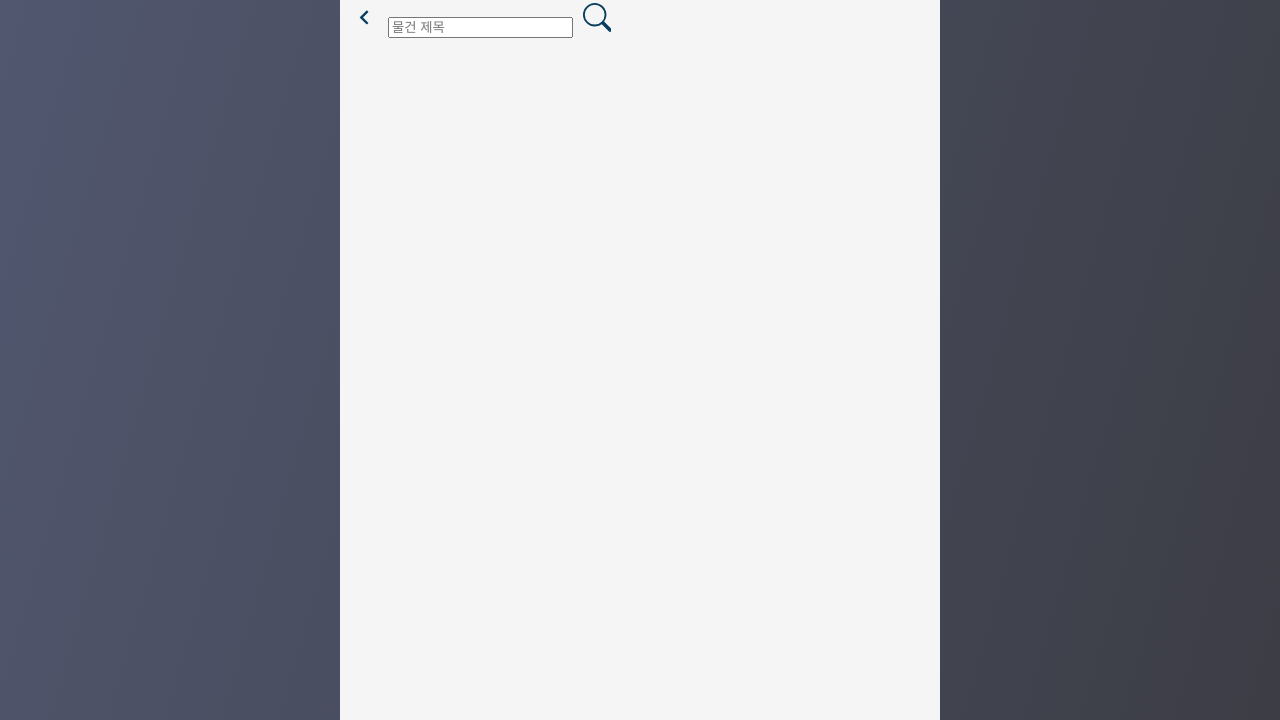
Repository: SeungYn/hanium
Page: /trade/search
An editor plug-in stored every save of this project. The page is shown before and after the next save, followed by the edit.
The browser window is 1280 px wide. The pictures show the whole page.
The project was rebuilt for these pictures with package versions that can differ from the ones it lists, and the page was loaded fresh each time. Also part of the build but not shown: src/App.css, src/components/Chat/ChatHeader/ChatHeader.module.css, src/components/Chat/ChatHeader/ChatHeader.jsx, src/components/Chat/ChatPeoples/ChatPeoples.jsx, src/components/Chat/ChatSideBar/ChatSideBar.module.css, src/components/Chat/ChatSideBar/ChatSideBar.jsx, src/components/ReadPopup/ReadPopup.module.css, src/components/ReadPopup/ReadPopup.jsx and 38 more.

Above is the page before, as saved 2022-11-21 18:05:44.

### src/index.js
import React from 'react';
import ReactDOM from 'react-dom/client';
import './index.css';
import App from './App';

import { AuthErrorEventBus, AuthProvider } from './context/AuthContext';
import TokenStorage from './db/token';
import HttpClient from './network/http';
import AuthService from './service/auth';
import GroupService from './service/group';
import StompDI from './network/StompDI';
import ChatService from './service/chat';
import TradeService from './service/trade';

const baseURL = 'https://8dd4e4c67ed913.lhr.life';
const tokenStorage = new TokenStorage();
const authErrorEventBus = new AuthErrorEventBus();
const httpClient = new HttpClient(baseURL, authErrorEventBus, tokenStorage);
const stompClient = new StompDI(baseURL, () => tokenStorage.getToken());
const authService = new AuthService(httpClient, tokenStorage);
const groupService = new GroupService(httpClient, tokenStorage);
const chatService = new ChatService(httpClient, tokenStorage, stompClient);
const tradeService = new TradeService(httpClient, tokenStorage);

const root = ReactDOM.createRoot(document.getElementById('root'));
root.render(
  <AuthProvider
    authService={authService}
    authErrorEventBus={authErrorEventBus}
    tokenStorage={tokenStorage}
  >
    <App
      authService={authService}
      groupService={groupService}
      chatService={chatService}
      tradeService={tradeService}
    />
  </AuthProvider>
);

### src/index.css
:root {
  --color-darkBlue: #073d5d;
  --color-transparent-darkBlue: #073e5d6e;
  --color-darkBlue-lignt: #0a476b;
  --color-main: #42a5f5;
  --color-bg-dark: #f5f5f5;
  --color-bg: #fdfffd;
  --color-main: #073d5d;
  --color-font: #073d5d;
  --color-font-reverse: white;
  --color-accent: #073d5d;
  --color-font-accent: white;
  --color-error-bg: rgba(173, 173, 173, 0.401);
  --color-popup-bg: white;
  --color-white: white;
  --color-shadow: rgba(67, 67, 67, 0.401);
  --color-border: #0a476b;
  /* 사이즈 */
  --font-size-very-large: 1.8rem;
  --font-size-small-large: 1.6rem;
  --font-size-medium: 1.4rem;
  --font-size-small-medium: 1.2rem;
  --font-size-small: 1rem;
  --font-header-icon: 1.8rem;
  --font-icon-arrow: 5rem;
  --font-mobile-medium: 1rem;
  --img-slider-height: 30rem;

  /* 패딩 마진 사이즈 */
  --padding-side: 0.8rem;
  --padding-top-bottom: 0.6rem;
  --padding-bottom: 0.6rem;
  --margin-bottom: 0.6rem;
}

* {
  box-sizing: border-box;
}

html,
body {
  height: 100%;
  width: 100%;
  margin: 0;
  background: rgb(81, 87, 111);
  background: linear-gradient(
    106deg,
    rgba(81, 87, 111, 1) 0%,
    rgba(60, 61, 69, 1) 100%
  );
  accent-color: var(--color-accent);
}
a {
  text-decoration: none;
  color: var(--color-font);
}
ul {
  padding: 0;
  margin: 0;
  list-style: none;
}
#root {
  height: 100vh;
  width: 100%;
  max-width: 600px;
  background-color: var(--color-bg-dark);
  margin: auto;
  display: flex;
  flex-direction: column;

  position: relative;
  overflow: hidden;
}

button {
  cursor: pointer;
}
body {
  margin: 0;
  font-family: -apple-system, BlinkMacSystemFont, 'Segoe UI', 'Roboto', 'Oxygen',
    'Ubuntu', 'Cantarell', 'Fira Sans', 'Droid Sans', 'Helvetica Neue',
    sans-serif;
  -webkit-font-smoothing: antialiased;
  -moz-osx-font-smoothing: grayscale;
}

code {
  font-family: source-code-pro, Menlo, Monaco, Consolas, 'Courier New',
    monospace;
}

p {
  margin: 0;
}

h1,
h2,
h3,
h4 {
  margin: 0;
}

### src/context/AuthContext.jsx
import {
  createContext,
  createRef,
  useCallback,
  useContext,
  useEffect,
  useImperativeHandle,
  useMemo,
  useState,
} from 'react';
import ReadPopup from '../components/ReadPopup/ReadPopup';

import Login from '../pages/login/Login';

const AuthContext = createContext({});

const contextRef = createRef();

export function AuthProvider({
  authService,
  authErrorEventBus,
  children,
  tokenStorage,
}) {
  const [user, setUser] = useState(1);
  const [error, setError] = useState(null);

  const context = useMemo(
    () => ({ error, setError, user }),
    [user, error, setError]
  );

  const onLogin = async ({ loginId, password }) => {
    await authService
      .headerTokenLogin(loginId, password)
      .then((data) => {
        console.log(data);
        tokenStorage.saveUser({
          memberId: data.memberId,
          nickname: data.nickname,
        });
        setUser({ memberId: data.memberId, nickname: data.nickname });
        console.log(tokenStorage.getUser());
        return;
      })
      .catch((error) => {
        setError(error);
      });
  };

  const logout = useCallback(
    async () =>
      await authService.logout().then(() => {
        setUser(undefined);
      }),
    [authService]
  );

  useEffect(() => {
    authErrorEventBus.listen((err) => {
      setUser(undefined);
      authService.logout();
    });
  }, [authErrorEventBus]);

  useEffect(() => {
    if (tokenStorage.getUser()) {
      setUser({ ...tokenStorage.getUser() });

      //nav('/');
    }

    //setUser({ token: localStorage.getItem('TOKEN') });
  }, []);

  return (
    <AuthContext.Provider value={context}>
      {user ? (
        children
      ) : (
        <>
          {error && (
            <ReadPopup content={error} onHandler={setError} type={'error'} />
          )}
          <Login
            authService={authService}
            onLogin={onLogin}
            setError={setError}
          />
        </>
      )}
    </AuthContext.Provider>
  );
}

export class AuthErrorEventBus {
  listen(callback) {
    this.callback = callback;
  }
  notify(error) {
    this.callback(error);
  }
}

export default AuthContext;
export const fetchToken = () => contextRef.current;
export const useAuth = () => useContext(AuthContext);

### src/db/token.js
const TOKEN = 'token';
const USER = 'user';
const USERNICKNAME = 'userNickName';
export default class TokenStorage {
  saveToken(token) {
    localStorage.setItem(TOKEN, token);
  }

  getToken() {
    //return localStorage.getItem(TOKEN);
    return 'eyJhbGciOiJIUzUxMiJ9.eyJzdWIiOiJ4b2FsczQzNDAiLCJhdXRoIjoiUk9MRV9VU0VSIiwiZXhwIjoxNjY5NTQwMzY2fQ.DusRc9KZfiSdpc9ePFUGN4E1mkpYfSkJvp4fIjcXn8svtFHWuhQCkxlDZGCCLfnI6bgg377Toc7sTpHtEpSQnA';
  }

  saveUser(user) {
    console.log(user);
    localStorage.setItem(USER, JSON.stringify(user));
    console.log(localStorage.getItem(USER));
  }

  getUser() {
    return JSON.parse(localStorage.getItem(USER));
  }

  clearToken() {
    console.log('토큰삭제');
    localStorage.clear(TOKEN);
  }
  clearUser() {
    console.log('유저삭제');
    localStorage.clear(USER);
  }
}

### src/network/http.js
export default class HttpClient {
  constructor(baseURL, authErrorEventBus, tokenStorage) {
    this.baseURL = baseURL;
    this.authErrorEventBus = authErrorEventBus;
    this.tokenStorage = tokenStorage;
  }

  async fetch(url, options, contextType = undefined) {
    console.log(`${this.baseURL}${url}`);
    console.log(contextType || 'application/json');

    const headers = { ...options.headers };

    if (contextType) {
      contextType = null;
    } else {
      contextType = 'application/json';
      headers['Content-Type'] = contextType;
    }

    let res = await fetch(`${this.baseURL}${url}`, {
      ...options,
      // headers: {
      //   'Content-Type': contextType || 'application/json',
      //   ...options.headers,
      // },
      headers,
    });

    if (res.headers.get('Authorization')) {
      this.tokenStorage.saveToken(
        res.headers.get('Authorization').split(' ')[1]
      );
    }
    console.log(res.error);
    let data;

    try {
      data = await res.json();
    } catch (error) {
      console.error('데이터 없어서 에러');
    }
    console.log(res);
    if (res.status > 299 || res.status < 200) {
      console.log(data);
      const message =
        data && data.message ? data.message : 'Something went wrong! 🤪';

      let error = new Error(message);

      if (res.status === 401) {
        console.log('401에러');
        error = new Error('로그인 정보가 잘 못 됐습니다.');
        this.authErrorEventBus.notify(error);
      }
      if (res.status === 400) {
        console.log(res);
        console.log(data);
        error.name = data.code ? data.code : '에러코드 등록 필요';
        console.log(error.message);
      }
      throw error;
    }

    return data;
  }
}

### src/service/group.js
export default class GroupService {
  constructor(http, tokenStorage) {
    this.http = http;
    this.tokenStorage = tokenStorage;
  }

  //강퇴하기
  async kickMember(club_id, memberId) {
    const data = await this.http.fetch(`/user/club/${club_id}/kick-out`, {
      method: 'POST',
      headers: this.getHeaders(),
      body: JSON.stringify({ memberId }),
    });

    return data;
  }

  /**
   *
   * @param {string} clubName 그룹이름
   * @param {number} maximumCount 최대 인원수
   * @param {string} clubType 그룹 타입
   * @returns data 그룹
   */
  async makeGroup(clubName, maximumCount, clubType) {
    const data = await this.http.fetch(`/user/club`, {
      method: 'POST',
      headers: this.getHeaders(),
      body: JSON.stringify({ clubName, maximumCount, clubType }),
    });

    return data;
  }

  //현재 그룹 정보 가져오기
  async getGroupInfo(club_id) {
    const data = await this.http.fetch(`/user/club/${club_id}/info`, {
      method: 'GET',
      headers: this.getHeaders(),
    });

    return data;
  }

  /**
   *
   * @param {number} groupId
   * @returns {Object}
   */
  async joinGroup(groupId) {
    const data = await this.http.fetch(`/user/club/${groupId}`, {
      method: 'POST',
      headers: this.getHeaders(),
    });

    return data;
  }

  async leaveGroup(groupId) {
    console.log(groupId);
    const data = await this.http.fetch(`/user/club/leave/${groupId}`, {
      method: 'POST',
      headers: this.getHeaders(),
    });
    return data;
  }

  async deleteGroup(groupId) {
    const data = await this.http.fetch(`/user/club/${groupId}`, {
      method: 'DELETE',
      headers: this.getHeaders(),
    });
  }

  async getGroupByType(groupType) {
    const data = await this.http.fetch(`/user/clubs/${groupType}`, {
      method: 'GET',
      headers: this.getHeaders(),
    });
    console.log(data);
    return data;
  }

  async getGroupBySearch(keyword, offset) {
    const data = await this.http.fetch(
      `/user/club/search?keyword=${keyword}&offset=${offset}`,
      {
        method: 'GET',
        headers: this.getHeaders(),
      }
    );
    return data;
  }
  getHeaders() {
    const token = this.tokenStorage.getToken();
    return {
      Authorization: `Bearer ${token}`,
    };
  }
}

### src/network/StompDI.js
import { Stomp } from '@stomp/stompjs';
import SockJS from 'sockjs-client';

export default class StompDI {
  constructor(baseURL, getAccessToken) {
    this.baseURL = baseURL + '/ws-stomp';
    this.getAccessToken = getAccessToken;
    console.log(this.baseURL, '클래스 url');
    this.sockjs = null;
    this.client = null;
  }

  connectState() {
    console.log(
      'connect State',
      this.client ? this.client.connected : this.client
    );
    return this.client ? this.client.connected : false;
  }

  onConnect(callback) {
    this.sockjs = new SockJS(this.baseURL);
    this.client = Stomp.over(this.sockjs);

    console.log('연결하기');
    try {
      this.client.connect(
        {
          Authorization: 'Bearer ' + this.getAccessToken(),
        },
        (s) => {
          console.log('서버와 연결되었습니다.');

          callback();
        },
        (e) => {
          console.log('서버와 연결이 안됩니다.');
        }
      );
    } catch (e) {
      console.log(e);
    }
  }

  onSend(path, data) {
    console.log(this.client);
    this.client.send(
      path,
      { Authorization: 'Bearer ' + this.getAccessToken() },
      JSON.stringify(data)
    );
  }

  onDisConnect(stateCallback) {
    console.log('연결종료');
    this.client.disconnect(() => {
      console.log('연결종료');
      stateCallback();
    });
  }

  onSubscribe(id, path, callback) {
    let sub = null;
    console.log(id, path, callback);
    // if (!this.client.connected) {
    //   console.log('체크123123123213체크');
    //   this.onConnect();
    // }
    console.log(callback);
    console.log('subscribe', this.client);
    try {
      sub = this.client.subscribe(`${path}${id}`, callback);
    } catch (e) {
      console.log(e);
    }
    return () => {
      sub.unsubscribe();
    };
  }
}

### src/service/chat.js
export default class ChatService {
  constructor(http, tokenStorage, stomp) {
    this.http = http;
    this.tokenStorage = tokenStorage;
    this.stomp = stomp;
  }

  async getMyInfo() {
    const data = await this.http.fetch(`/auth/info`, {
      method: 'GET',
      headers: this.getHeaders(),
    });
    return data;
  }
  //http://localhost:8080/user/restaurant/6/party/43/chat
  async getChats(groupId, offset) {
    const data = await this.http.fetch(
      `/user/club/${groupId}/chat?offset=${offset}`,
      {
        method: 'GET',
        headers: this.getHeaders(),
      }
    );
    return data;
  }



  async creatChat(partyId, chat) {
    const data = await this.http.fetch(`/chat/${partyId}`, {
      method: 'POST',
      headers: this.getHeaders(),
      body: JSON.stringify({
        chat,
      }),
    });
    return data;
  }
  onConnect(callback) {
    console.log(callback);
    this.stomp.onConnect(callback);
  }

  onDisConnect(stateCallback) {
    console.log('종료밖');
    return this.stomp.onDisConnect(stateCallback);
  }

  //서버 연결상태
  connectState() {
    return this.stomp.connectState();
  }

  /**
   *
   * @param {챗팅방아이디} id
   * @param {구독경로} path
   * @param {구독시 서버에서 데이터가 오면 처리하는 함수} callback
   * @returns 구독취소함수
   */
  onSubscribe(id, path, callback) {
    return this.stomp.onSubscribe(id, path, callback);
  }

  onSend(path, data) {
    this.stomp.onSend(path, data);
  }
  // onConnectChat(partyId) {
  //   return this.socket.onConnectChat(partyId);
  // }
  // onChatSync(event, callback) {
  //   return this.socket.onSyncChat(event, callback);
  // }
  // onSync(event, callback) {
  //   return this.socket.onSync(event, callback);
  // }



  getHeaders() {
    const token = this.tokenStorage.getToken();
    return { Authorization: `Bearer ${token}` };
  }
}

### src/service/trade.js
export default class TradeService {
  constructor(http, tokenStorage) {
    this.http = http;
    this.tokenStorage = tokenStorage;
  }

  //타입 별로 물건리스트 가져오기 나눔, 거래, 대여
  async getItemListByType(type) {
    const data = await this.http.fetch(`/user/post?dealType=${type}`, {
      method: 'GET',
      headers: this.getHeaders(),
    });
    console.log(data);
    return data;
  }

  //물건 등록하기
  async postItem(formData) {
    const { images, ...postReq } = formData;
    console.log(!!images);
    const form = new FormData();
    form.append(
      'postReq',
      new Blob([JSON.stringify(postReq)], { type: 'application/json' })
    );

    for (let img of images) {
      console.log(images);
      console.log(img);
      form.append('images', img);
    }
    // if (images.length === 0) {
    //   form.append('images', []);
    // }

    console.log(form.get('postReq'));
    console.log(form.get('images'));
    const data = await this.http.fetch(
      `/user/post`,
      {
        method: 'POST',
        headers: this.getHeaders(),
        // body: new URLSearchParams({
        //   postReq,
        //   images,
        // }),
        body: form,
      },
      'multipart/form-data'
    );
    console.log(data);
  }

  //물건 상세정보가져오기
  async getPostedItemById(id) {
    const data = await this.http.fetch(`/user/post/${id}`, {
      method: 'GET',
      headers: this.getHeaders(),
    });
    console.log(data);
    return data;
  }

  getHeaders() {
    const token = this.tokenStorage.getToken();
    return {
      Authorization: `Bearer ${token}`,
    };
  }
}

### src/pages/firstPage/FirstPage.jsx
import React, { useEffect, useState } from 'react';
import { GroupCategory } from '../../components/GroupCategory/GroupCategory';
import { GroupMaker } from '../../components/GroupMaker/GroupMaker';
import { FaUserFriends, FaPen } from 'react-icons/fa';
import { FiPlayCircle } from 'react-icons/fi';
import Groups from '../../components/Groups/Groups';
import styles from './FirstPage.module.css';
import { useAuth } from '../../context/AuthContext';
import { useNavigate } from 'react-router-dom';
import TextBtn from '../../components/common/TextBtn/TextBtn';

const types = [
  { type: 'study', koName: '공부', icon: <FaPen /> },
  { type: 'hobby', koName: '취미', icon: <FiPlayCircle /> },
  { type: 'friend', koName: '친구', icon: <FaUserFriends /> },
];
export default function FirstPage({ groupService, groupDisplay }) {
  const [filterType, setFilterType] = useState(types[0]);
  const [makeActive, setMakeActive] = useState(false);
  const { error, setError } = useAuth();
  const [groups, setGroups] = useState([]);
  const navigate = useNavigate();

  const HandlerGroupMake = (clubName, maximumCount, clubType) => {
    console.log(clubName, maximumCount, clubType);
    groupService
      .makeGroup(clubName, maximumCount, clubType)
      .then((data) => {
        console.log(data);
      })
      .catch((e) => setError(e));
    setMakeActive(false);
  };

  const HandlerGroupJoin = (groupId) => {
    groupService
      .joinGroup(groupId)
      .then((data) => {
        console.log(data);
        navigate('/chat', { state: { data } });
      })
      .catch((e) => setError(e));
  };

  useEffect(() => {
    //내 그룹만 보여주기하면 조건 넣어서 내그룹만 보여주기
    groupService
      .getGroupByType(filterType.type)
      .then((data) => {
        console.log(data);
        setGroups([...data]);
      })
      .catch((error) => {
        console.log(error);
        setError(error);
      });
  }, [groupService, filterType, groupDisplay]);

  return (
    <>
      <GroupCategory
        type={filterType}
        types={types}
        onTypeChange={(filter) => setFilterType(filter)}
      />
      <Groups groups={groups} HandlerGroupJoin={HandlerGroupJoin} />
      <button
        className={styles.makerBtn}
        onClick={() => setMakeActive((t) => !t)}
      >
        그룹 만들기
      </button>
      <GroupMaker
        makeActive={makeActive}
        onMakeActiveHandler={() => setMakeActive((t) => !t)}
        onMakeGroupHandler={HandlerGroupMake}
        types={types}
      />
    </>
  );
}

### src/pages/Root.jsx
import React from 'react';
import { Outlet, useLocation } from 'react-router-dom';
import Header from '../components/Header/Header';
import Navbar from '../components/Navbar/Navbar';
import ReadPopup from '../components/ReadPopup/ReadPopup';
import TradeCategory from '../components/Trade/TradeCategory/TradeCategory';
import { useAuth } from '../context/AuthContext';

export default function Root({ routes }) {
  const location = useLocation();
  console.log(location.pathname);
  let { name } = routes.find((r) => r.path === location.pathname) ?? {
    name: 'detail',
  };

  // name = location.pathname.includes('detail') ? 'detail' : name;
  // console.log(name !== 'detail');
  const { nodeRef } = routes.find((r) => r.path === location.pathname) ?? {};
  const { error, setError } = useAuth();

  return (
    <>
      {error && (
        <ReadPopup content={error} onHandler={setError} type={'error'} />
      )}
      {!['채팅', '그룹검색', 'detail', '장터검색'].includes(name) && (
        <Header name={name} />
      )}

      {/* {name === '장터' && <TradeCategory />} */}
      <Outlet />
      {!['채팅', 'detail', '장터검색'].includes(name) && <Navbar />}
    </>
  );
}

### src/pages/TradeSearchPage/TradeSearchPage.jsx
import React from 'react';
import styles from './TradeSearchPage.module.css';
import { MdNavigateBefore } from 'react-icons/md';
import { BsSearch } from 'react-icons/bs';
import IconBtn from '../../components/common/IconBtn/IconBtn';
export default function TradeSearchPage() {
  return (
    <section className={styles.container}>
      <form className={styles.inputForm} onSubmit={(e) => e.preventDefault()}>
        <IconBtn handleClick={() => console.log('click')}>
          <MdNavigateBefore />
        </IconBtn>
        <input type='text' placeholder='물건 제목' />
        <IconBtn handleClick={() => console.log('click2')}>
          <BsSearch />
        </IconBtn>
      </form>
    </section>
  );
}

### src/components/Navbar/Navbar.jsx
import React, { useRef, useState } from 'react';
import { NavLink } from 'react-router-dom';
import styles from './Navbar.module.css';
import { AiOutlineHome } from 'react-icons/ai';
import { BsList, BsPerson } from 'react-icons/bs';
import { IoChatbubbleOutline } from 'react-icons/io5';
import { IconContext } from 'react-icons';

const contents = [
  { path: '/main', name: '홈', iconComponent: <AiOutlineHome /> },
  { path: '/group', name: '그룹', iconComponent: <BsList /> },
  { path: '/myGroup', name: '내 그룹', iconComponent: <BsList /> },
  { path: '/trade/trade', name: '장터', iconComponent: <BsList /> },
  { path: '/myInfo', name: '내 정보', iconComponent: <BsPerson /> },
];

export default function Navbar() {
  //버튼 클릭시 넷바 위로 나타내기
  const navMenuRef = useRef();
  const btnRef = useRef();
  const [navToggle, setNavToggle] = useState(false);

  const handleBtn = (e) => {
    setNavToggle((t) => {
      if (t) btnRef.current.style.transform = 'rotate(0deg)';
      else btnRef.current.style.transform = 'rotate(30deg)';

      return !t;
    });
  };

  return (
    <nav className={styles.nav}>
      <IconContext.Provider value={{ className: styles.reactIcon }}>
        <div
          ref={navMenuRef}
          className={`${styles.navMenu} ${
            navToggle ? styles.navAppear : styles.navDisappear
          }`}
        >
          {contents.map(({ path, name, iconComponent }) => (
            <NavLink
              key={path}
              to={path}
              className={({ isActive }) =>
                isActive
                  ? `${styles.active} ${styles.link}`
                  : `${styles.unactive} ${styles.link}`
              }
            >
              {iconComponent}
              <span className={styles.text}>{name}</span>
            </NavLink>
          ))}
        </div>
      </IconContext.Provider>
      <button ref={btnRef} className={styles.btn} onClick={handleBtn}>
        <BsList />
      </button>
    </nav>
  );
}

### src/components/common/IconBtn/IconBtn.jsx
import React from 'react';
import { IconContext } from 'react-icons';
import styles from './IconBtn.module.css';

export default function IconBtn({ children, handleClick }) {
  return (
    <button className={styles.btn} onClick={handleClick}>
      <IconContext.Provider value={{ className: styles.icon }}>
        {children}
      </IconContext.Provider>
    </button>
  );
}

### src/components/common/IconBtn/IconBtn.module.css
.btn {
  border: none;
  outline: none;
  outline: none;
  padding: 0.2rem 0.6rem;
  background-color: transparent;
  border: none;
  cursor: pointer;
  color: var(--color-darkBlue);
}

.btn:hover {
  color: var(--color-darkBlue);
  background-color: transparent;
}

.icon {
  font-size: var(--font-size-very-large);
  font-weight: 600;
}

### src/pages/TradeSearchPage/TradeSearchPage.module.css
.inputFrom {
  display: flex;
  align-items: center;
  background-color: black;
}

Loaded but not shown: public/index.html (common file); src/service/auth.js (168 lines, source omitted); src/App.js (129 lines, source omitted); src/components/Chat/ChatPeoples/ChatPeoples.module.css (no stored copy; drawn as an empty file)

After the next save:
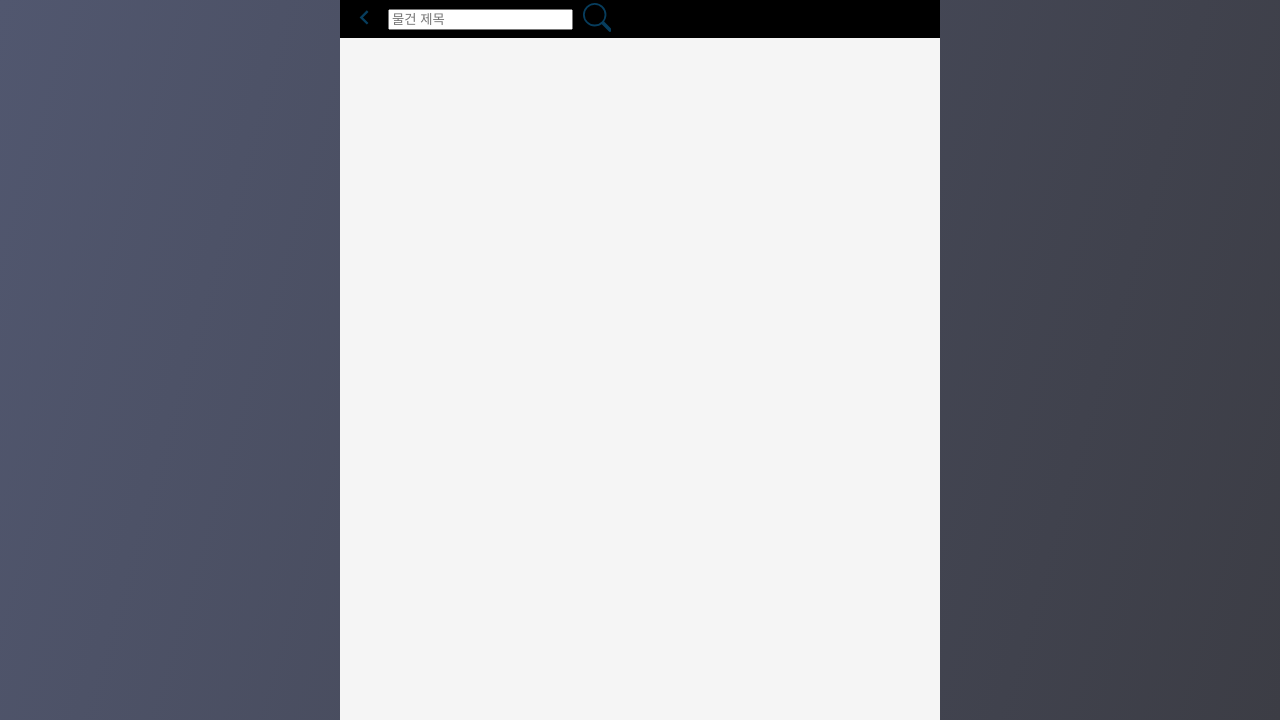
Saved 65 s later.
--- a/src/pages/TradeSearchPage/TradeSearchPage.module.css
+++ b/src/pages/TradeSearchPage/TradeSearchPage.module.css
@@ -1,4 +1,4 @@
-.inputFrom {
+.inputForm {
   display: flex;
   align-items: center;
   background-color: black;
